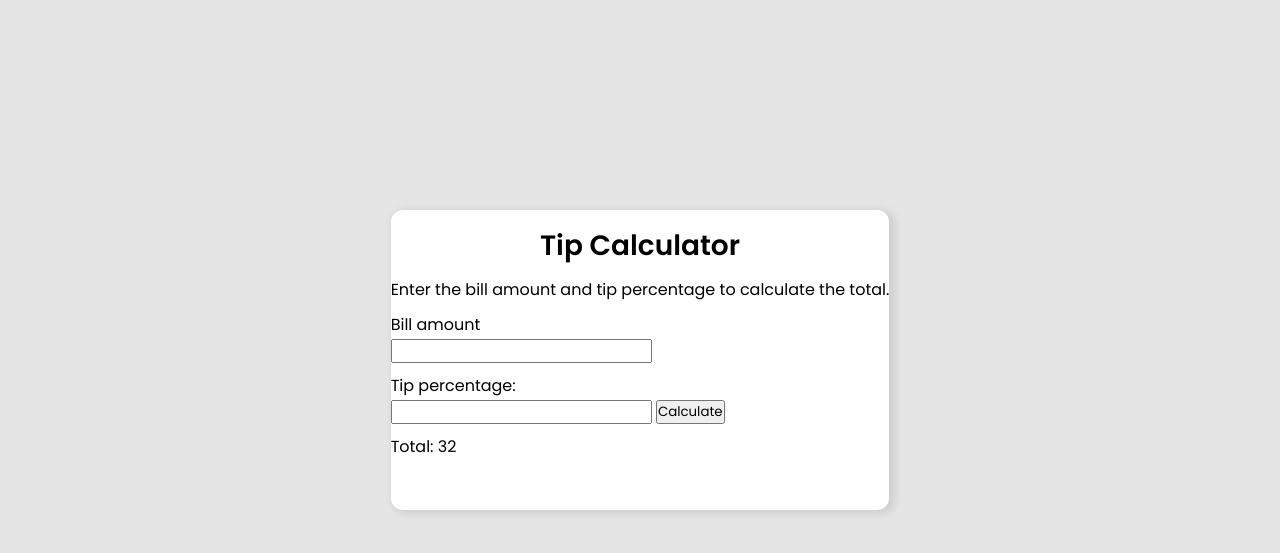
Repository: Ankitkr2021/Tip-Calculator
Page: index.html
An editor plug-in stored every save of this project. The page is shown before and after the next save, followed by the edit.
The browser window is 1280 px wide. The pictures show the whole page.

Above is the page before, as saved 2025-10-27 10:52:42.

After the next save:
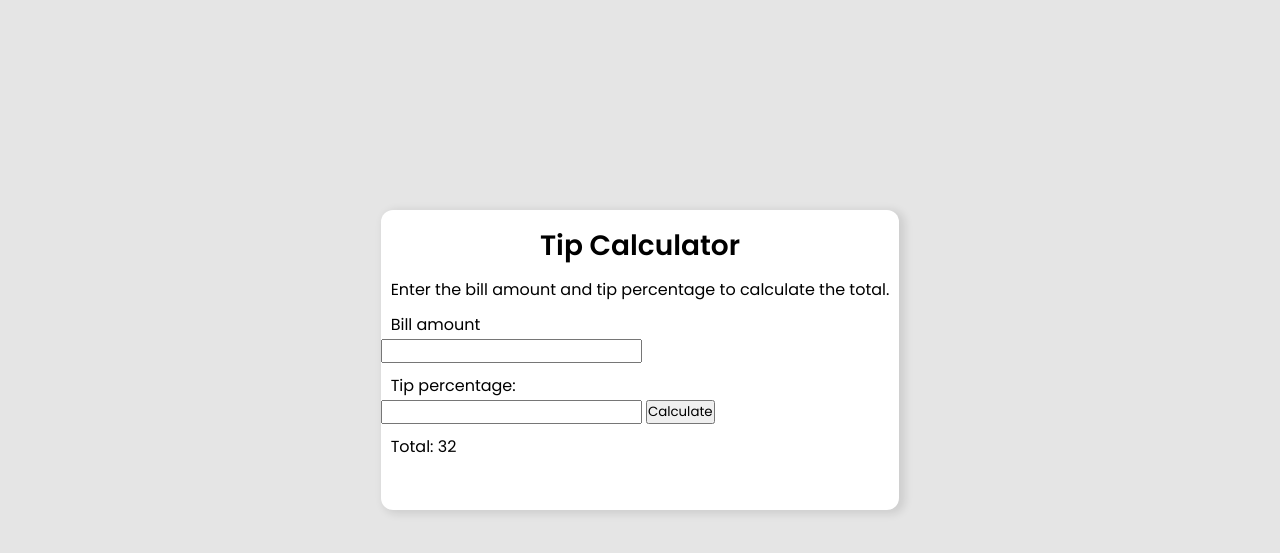
Saved 17 s later.
--- a/style.css
+++ b/style.css
@@ -31,5 +31,5 @@ h2{
 }
 
 p{
-    padding: 10px 0 0 0;
+    padding: 10px 10px 0 10px ;
 }
